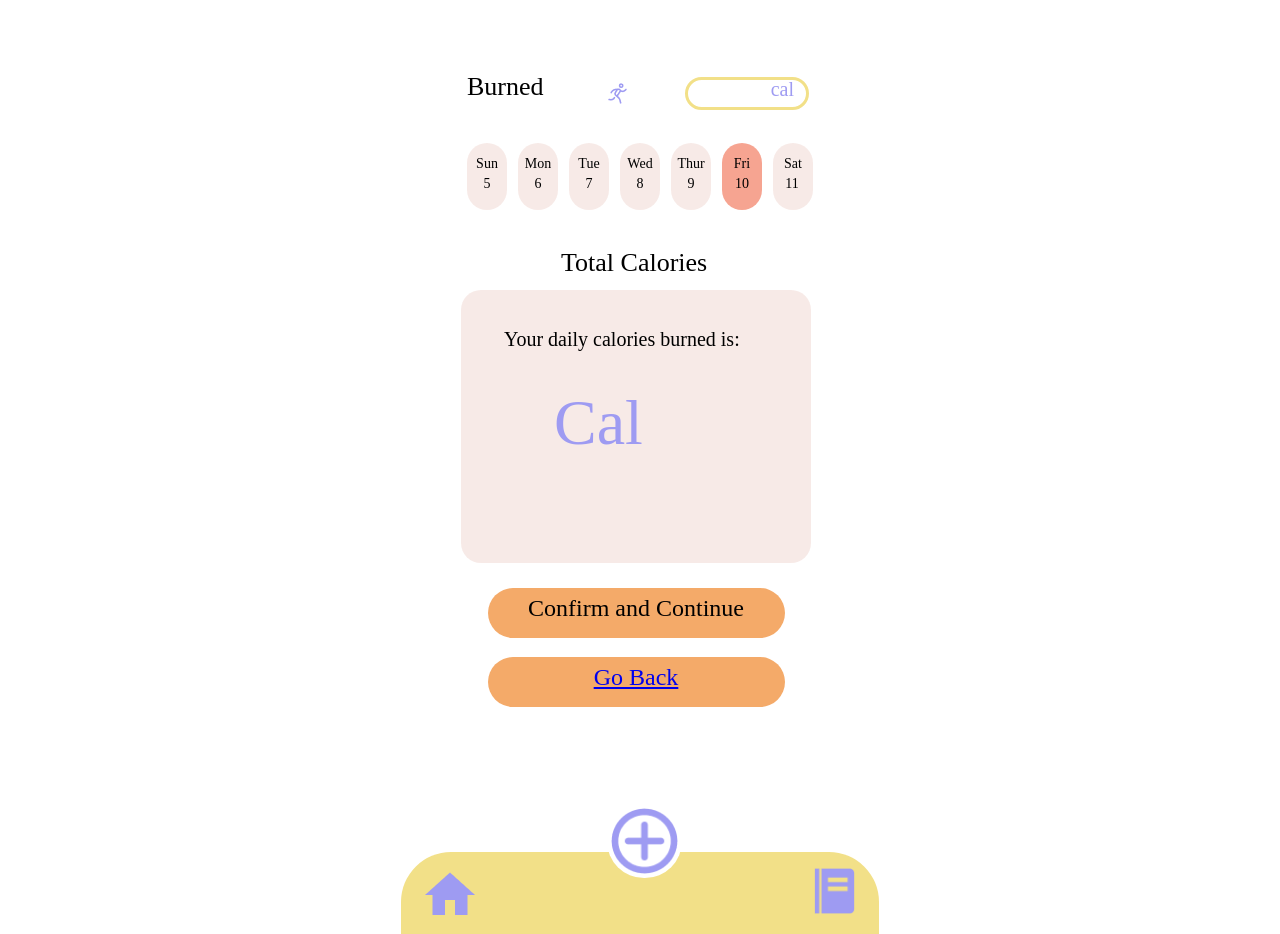
Repository: MeowCeline00/G5-Calorie-Tracker
Page: BurnedCal/index.html
An editor plug-in stored every save of this project. The page is shown before and after a run of saves, followed by the edit.
The browser window is 1280 px wide. The pictures show the whole page.

Above is the page before, as saved 2024-05-26 06:11:28.

### BurnedCal/index.html
<!DOCTYPE html>
<html>
<head>
  	<meta charset="utf-8">
  	<meta name="viewport" content="initial-scale=1, width=device-width">

  	<link rel="stylesheet" href="./global.css" />
  	<link rel="stylesheet"  href="./index.css" />

</head>
<body>
	<div class="pageContainer">
		<div class="pageInnerContainer">
			<!-- <div class="add-page-container"> -->
  	<div class="add-page">
    		<div class="add-page-child">
    		</div>
    		<div class="add-page-item">
    		</div>
    		<div class="add-page-inner">
    		</div>
    		<div class="rectangle-div">
    		</div>
    		<div class="add-page-child1">
    		</div>
    		<div class="add-page-child2">
    		</div>
    		<div class="add-page-child3">
    		</div>
    		<div class="add-page-child4">
    		</div>

    		<div class="total-calories">Total Calories</div>
    		<div class="breakfast">Burned</div>
    		<div class="div">5</div>
    		<div class="sun">Sun</div>
    		<div class="mon">Mon</div>
    		<div class="tue">Tue</div>
    		<div class="wed">Wed</div>
    		<div class="thur">Thur</div>
    		<div class="fri">Fri</div>
    		<div class="sat">Sat</div>
    		<div class="div1">6</div>
    		<div class="div2">7</div>
    		<div class="div3">8</div>
    		<div class="div4">9</div>
    		<div class="div5">10</div>
    		<div class="div6">11</div>
    		<div class="add-page-child5">
    		</div>
    		<div class="add-page-child6">
    		</div>
    		<div class="confirm-and-continue">Confirm and Continue</div>
			<div  class="go-back"><a href="/burnedAddPage/index.html">Go Back</a></div>    		<div class="add-page-child7">
    		</div>
    		<div class="cal">cal</div>
    		<img class="fluent-mdl2breakfast-icon" alt="run" src="/Images/hugeicons_workout-run.png">

    		<div class="add-page-child8">
    		</div>
    		<div class="your-daily-caloric">Your daily calories burned is:</div>
    		<div class="cal1">
      			<span></span>
      			<span class="cal2">Cal</span>
			</div>
			</div>

	  <div class="navBarContainer">
		<div class="navBar"
		<a href="/index.html"><img class="image1" src="/Images/Vector.png "></a>
		<a href="/index.html"><img class="image02"src="/Images/vector02.png "></a>
		<a href="/index.html"><img class="image03" src="/Images/Vector1.png"></a>
		</div>
	</div>
</div>
</div>




</body>
</html>

### BurnedCal/global.css

body {
    margin: 0;
    line-height: normal;
}


:root {

    /* fonts */
    --body-20-medium: Catamaran;
    --heading-26-regular: Saira;

    /* font sizes */
    --body-20-medium-size: 20px;
    --body-24-regular-size: 24px;
    --font-size-sm: 14px;
    --heading-26-regular-size: 26px;

    /* Colors */
    --color-cornflowerblue: #9e9bf2;
    --color-black: #000;
    --lighter-nav-bar: rgba(247, 232, 229, 0.9);
    --yellow: #f2e088;
    --color-sandybrown: rgba(242, 149, 68, 0.8);

    /* Border radiuses */
    --br-xl: 20px;
    --br-17xl: 36px;

}

### BurnedCal/index.css
.add-page-child {
    position: absolute;
    top: 582px;
    left: 0px;
    width: 393px;
    height: 55px;
}
.add-page-item {
    position: absolute;
    top: 143px;
    left: 26px;
    border-radius: var(--br-xl);
    background-color: var(--lighter-nav-bar);
    width: 40px;
    height: 67px;
}
.add-page-inner {
    position: absolute;
    top: 143px;
    left: 77px;
    border-radius: var(--br-xl);
    background-color: var(--lighter-nav-bar);
    width: 40px;
    height: 67px;
}
.rectangle-div {
    position: absolute;
    top: 143px;
    left: 128px;
    border-radius: var(--br-xl);
    background-color: var(--lighter-nav-bar);
    width: 40px;
    height: 67px;
}
.add-page-child1 {
    position: absolute;
    top: 143px;
    left: 179px;
    border-radius: var(--br-xl);
    background-color: var(--lighter-nav-bar);
    width: 40px;
    height: 67px;
}
.add-page-child2 {
    position: absolute;
    top: 143px;
    left: 230px;
    border-radius: var(--br-xl);
    background-color: var(--lighter-nav-bar);
    width: 40px;
    height: 67px;
}
.add-page-child3 {
    position: absolute;
    top: 143px;
    left: 281px;
    border-radius: var(--br-xl);
    background-color: rgba(242, 126, 99, 0.7);
    width: 40px;
    height: 67px;
}
.add-page-child4 {
    position: absolute;
    top: 143px;
    left: 332px;
    border-radius: var(--br-xl);
    background-color: var(--lighter-nav-bar);
    width: 40px;
    height: 67px;
}
.nav-bar-icon {
    position: absolute;
    top: 726px;
    left: 0px;
    width: 393px;
    height: 126px;
}
.total-calories {
    position: absolute;
    top: 248px;
    left: 120px;
    font-size: var(--heading-26-regular-size);
    font-weight: 500;
    font-family: var(--heading-26-regular);
    text-align: left;
    display: inline-block;
    width: 163px;
    height: 42px;
}
.breakfast {
    position: absolute;
    top: 72px;
    left: 26px;
    font-size: var(--heading-26-regular-size);
    font-weight: 500;
    font-family: var(--heading-26-regular);
    text-align: left;
    display: inline-block;
    width: 130px;
    height: 42px;
}
.div {
    position: absolute;
    top: 176px;
    left: 26px;
    display: inline-block;
    width: 40px;
    height: 42px;
}
.sun {
    position: absolute;
    top: 156px;
    left: 26px;
    display: inline-block;
    width: 40px;
    height: 20px;
}
.mon {
    position: absolute;
    top: 156px;
    left: 77px;
    display: inline-block;
    width: 40px;
    height: 20px;
}
.tue {
    position: absolute;
    top: 156px;
    left: 128px;
    display: inline-block;
    width: 40px;
    height: 20px;
}
.wed {
    position: absolute;
    top: 156px;
    left: 179px;
    display: inline-block;
    width: 40px;
    height: 20px;
}
.thur {
    position: absolute;
    top: 156px;
    left: 230px;
    display: inline-block;
    width: 40px;
    height: 20px;
}
.fri {
    position: absolute;
    top: 156px;
    left: 281px;
    display: inline-block;
    width: 40px;
    height: 20px;
}
.sat {
    position: absolute;
    top: 156px;
    left: 332px;
    display: inline-block;
    width: 40px;
    height: 20px;
}
.div1 {
    position: absolute;
    top: 176px;
    left: 77px;
    display: inline-block;
    width: 40px;
    height: 42px;
}
.div2 {
    position: absolute;
    top: 176px;
    left: 128px;
    display: inline-block;
    width: 40px;
    height: 42px;
}
.div3 {
    position: absolute;
    top: 176px;
    left: 179px;
    display: inline-block;
    width: 40px;
    height: 42px;
}
.div4 {
    position: absolute;
    top: 176px;
    left: 230px;
    display: inline-block;
    width: 40px;
    height: 42px;
}
.div5 {
    position: absolute;
    top: 176px;
    left: 281px;
    display: inline-block;
    width: 40px;
    height: 42px;
}
.div6 {
    position: absolute;
    top: 176px;
    left: 332px;
    display: inline-block;
    width: 38px;
    height: 42px;
}
.add-page-child5 {
    position: absolute;
    top: 588px;
    left: 47px;
    border-radius: var(--br-17xl);
    background-color: var(--color-sandybrown);
    width: 297px;
    height: 50px;
}
.add-page-child6 {
    position: absolute;
    top: 657px;
    left: 47px;
    border-radius: var(--br-17xl);
    background-color: var(--color-sandybrown);
    width: 297px;
    height: 50px;
}
.confirm-and-continue {
    position: absolute;
    top: 595px;
    left: 80px;
    font-size: var(--body-24-regular-size);
    display: inline-block;
    width: 230px;
    height: 42px;
}
.go-back {
    position: absolute;
    top: 664px;
    left: 80px;
    font-size: var(--body-24-regular-size);
    display: inline-block;
    width: 230px;
    height: 42px;
    cursor: pointer;
    text-decoration: none;
    color: black
}
.add-page-child7 {
    position: absolute;
    top: 77px;
    left: 244px;
    border-radius: var(--br-xl);
    background-color: #fff;
    border: 3px solid var(--yellow);
    box-sizing: border-box;
    width: 124px;
    height: 33px;
}
.cal {
    position: absolute;
    top: 78px;
    left: 313px;
    font-size: var(--body-20-medium-size);
    font-weight: 500;
    color: var(--color-cornflowerblue);
    text-align: right;
    display: inline-block;
    width: 40px;
    height: 23px;
}
.fluent-mdl2breakfast-icon {
    position: absolute;
    top: 81px;
    left: 164px;
    width: 25px;
    height: 25px;
}
.add-page-child8 {
    position: absolute;
    top: 290px;
    left: 20px;
    border-radius: var(--br-xl);
    background-color: var(--lighter-nav-bar);
    width: 350px;
    height: 273px;
}
.your-daily-caloric {
    position: absolute;
    top: 328px;
    left: 63px;
    font-size: var(--body-20-medium-size);
}
.cal2 {
    color: var(--color-cornflowerblue);
}
.cal1 {
    position: absolute;
    top: 386px;
    left: 113px;
    font-size: 64px;
    text-align: right;
}
.add-page {
    width: 100%;
    position: relative;
    background-color: rgba(255, 255, 255, 0.92);
    height: 852px;
    overflow: hidden;
    text-align: center;
    font-size: var(--font-size-sm);
    color: var(--color-black);
    font-family: var(--body-20-medium);
    left: 40px;
}


.navBar {
    background-color: #F2E088;
    width: 430px;
    height: 50px;
    display: flex;
    flex-direction: row;
    justify-content: space-between;
    align-items: center;
    padding-left: 1.5em;
    padding-right: 1.5em;
    padding-top: 1em;
    padding-bottom: 1em;
    border-top-left-radius: 50px;
    border-top-right-radius: 50px;
}

.image1 {
    width: 50px;
    height: 42.5;
}
.image02 {
    position: relative;
    width: 66.67px;
    height: 66.67px;
    background-color: #fff;
    padding:0.25em ;
    border-radius: 360px;
    top: -50px;
}

.image03 {
    width: 41.25px;
    height: 45.58;
}

.navBar a {
    padding: 0em;
    margin: 0em;
}

.pageContainer {
    display: flex;

    flex-direction: column;
    align-items: center;


}
.pageInnerContainer {
    display: flex;
    flex-direction: column;
    align-items: center;
    justify-content: center;

}

.add-page-container {
    display: flex;
    justify-content: center;
    flex-direction: column;
}

After the next 3 saves:
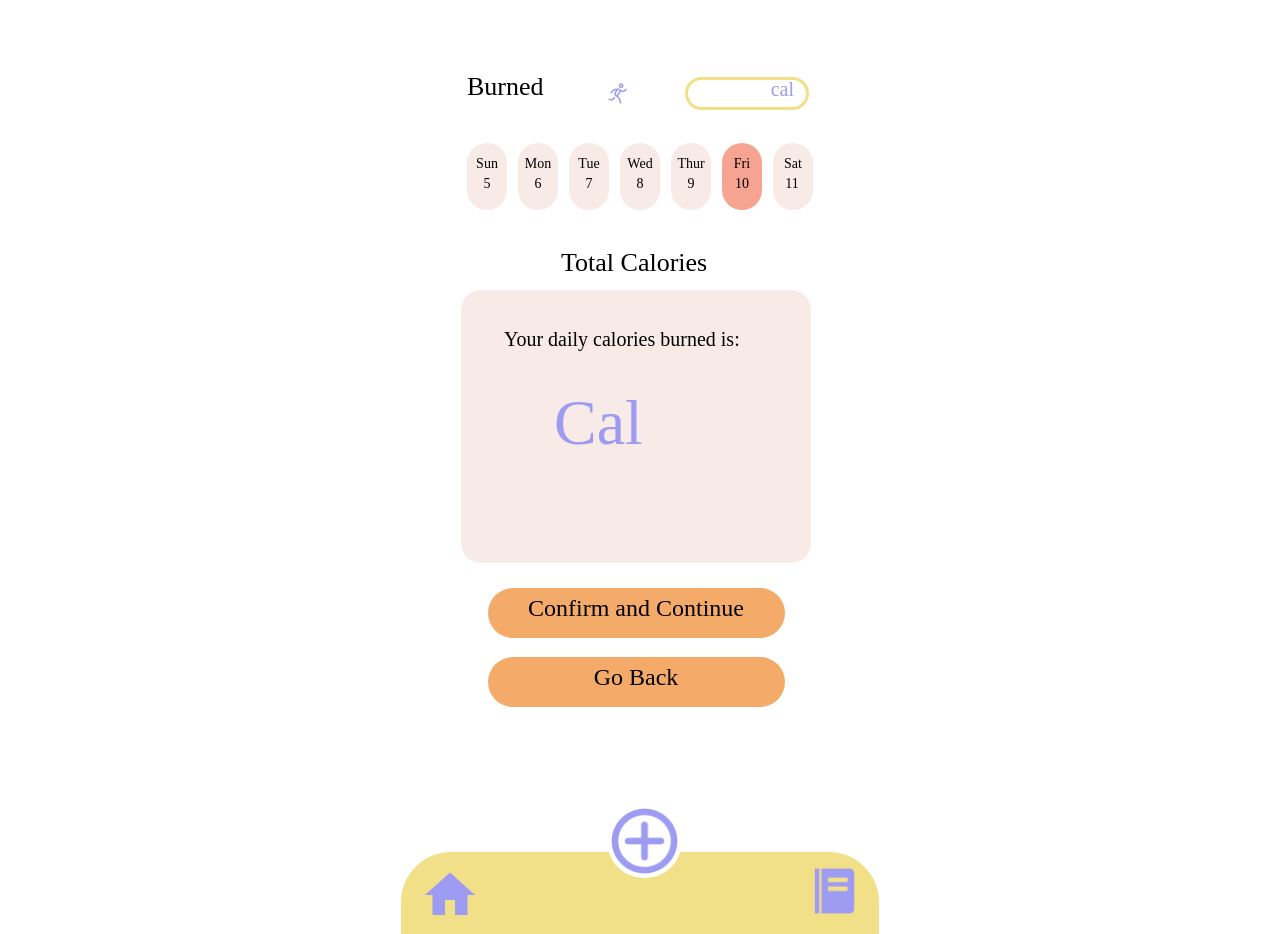
The 3 saves are shown as one change because they came seconds apart.
The last was saved 32 s later.
--- a/BurnedCal/index.html
+++ b/BurnedCal/index.html
@@ -51,7 +51,7 @@
     		<div class="add-page-child6">
     		</div>
     		<div class="confirm-and-continue">Confirm and Continue</div>
-			<div  class="go-back"><a href="/burnedAddPage/index.html">Go Back</a></div>    		<div class="add-page-child7">
+			<div><a class="go-back" href="/burnedAddPage/index.html">Go Back</a></div>    		<div class="add-page-child7">
     		</div>
     		<div class="cal">cal</div>
     		<img class="fluent-mdl2breakfast-icon" alt="run" src="/Images/hugeicons_workout-run.png">
